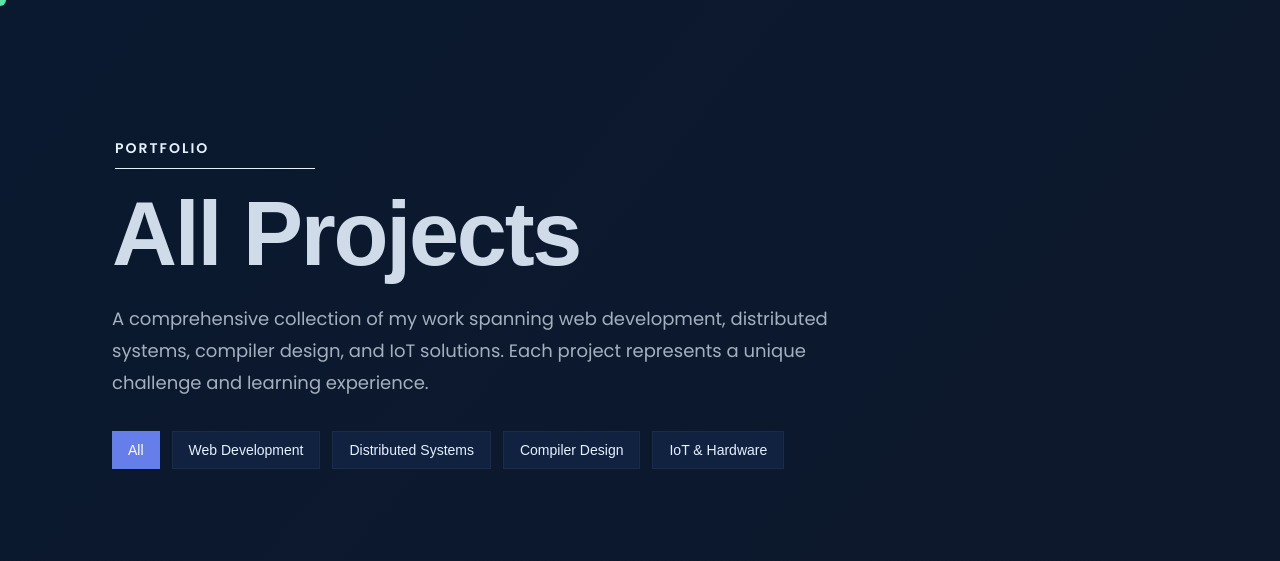
Repository: vinuki-thiranya/MyPortfolio
Page: /projects
These files come from the project's save history. The page is drawn as it stood at one moment and after the next save; the edit follows.
The browser window is 1280 px wide. The pictures show the part of the page from y = 0 to 561 px (the page is 1617 px tall before and 1612 px after).
Pictures or frames that could not be fetched are drawn as grey boxes. The project was rebuilt for these pictures with package versions that can differ from the ones it lists, and the page was loaded fresh each time. The framework's server and built-in components were replaced by stand-ins that run in the browser. Also part of the build but not shown: next.config.mjs.

Above is the page before, as saved 2026-01-02 17:24:53.

After the next save:
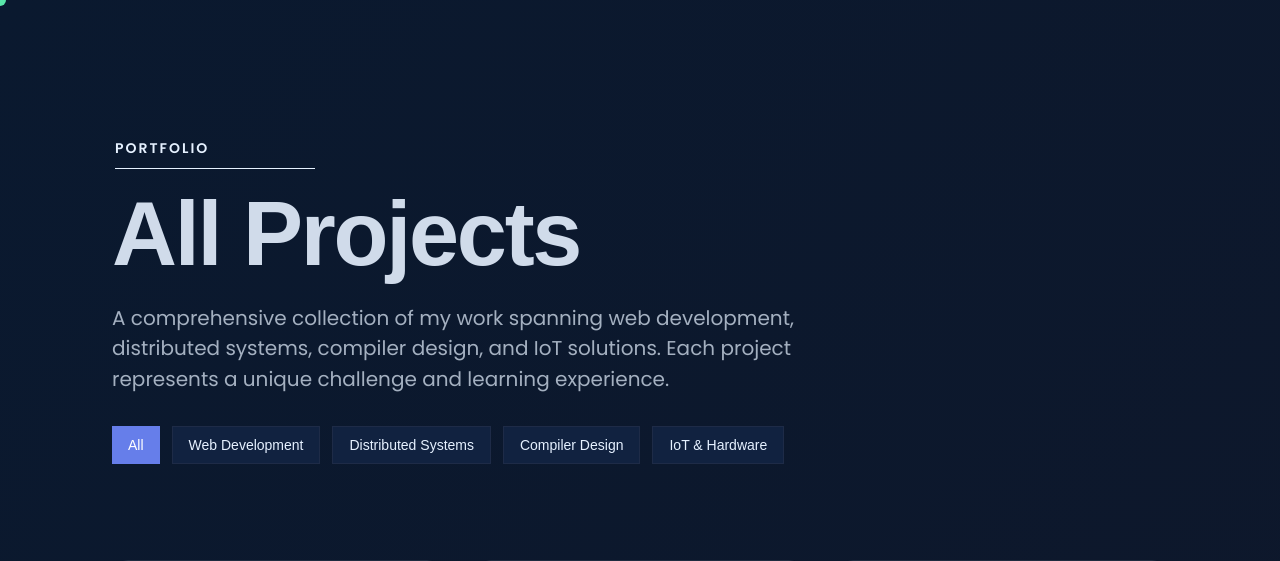
Saved 14 s later.
--- a/app/projects/page.tsx
+++ b/app/projects/page.tsx
@@ -157,7 +157,7 @@ export default function AllProjects() {
             </motion.h1>
 
             <motion.p
-              className="text-[#4a5568] dark:text-[#e6f1ff]/70 font-poppins text-lg leading-8 max-w-3xl mb-8"
+              className="text-[#4a5568] dark:text-[#e6f1ff]/70 font-poppins text-xl leading-[1.9rem] max-w-3xl mb-8"
               initial={{ opacity: 0, y: 20 }}
               animate={{ opacity: 1, y: 0 }}
               transition={{ duration: 0.6, delay: 0.6 }}
